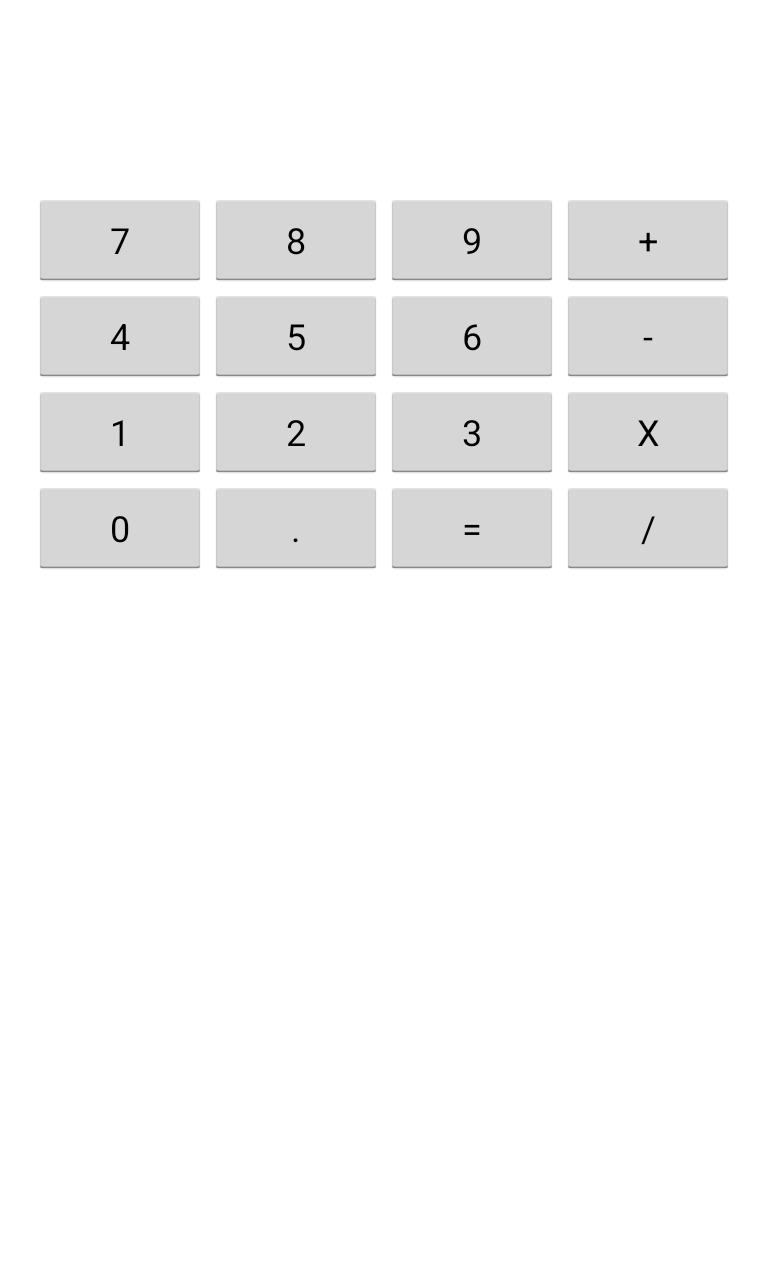
Repository: G3rcar/Android-I
Layout: SimpleCalculator/res/layout/activity_main.xml
An editor plug-in stored every save of this project. The layout is shown before and after the next save, followed by the edit.
It is drawn on a 768 x 1280 px phone screen (xhdpi) without system bars, with theme AppTheme; the app's code is not run.

Above is the layout before, as saved 2013-11-08 20:15:36.

After the next save:
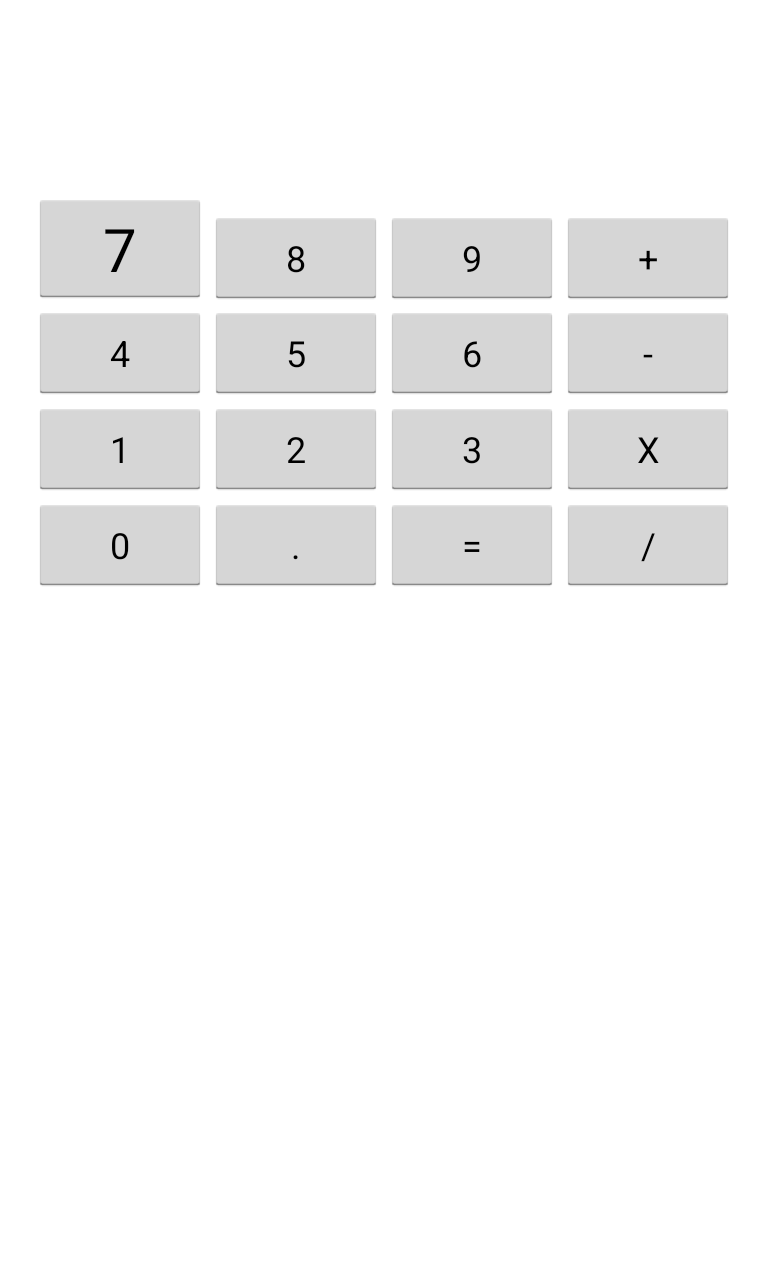
Saved 25 s later.
--- a/SimpleCalculator/res/layout/activity_main.xml
+++ b/SimpleCalculator/res/layout/activity_main.xml
@@ -32,9 +32,10 @@
 
               <Button
                   android:id="@+id/btnSiete"
+                  style="@style/botonNumero"
                   android:layout_width="0dp"
+                  android:layout_height="wrap_content"
                   android:layout_weight="1"
-                  android:layout_height="wrap_content"
                   android:text="@string/lblNumSiete" />
 
               <Button
